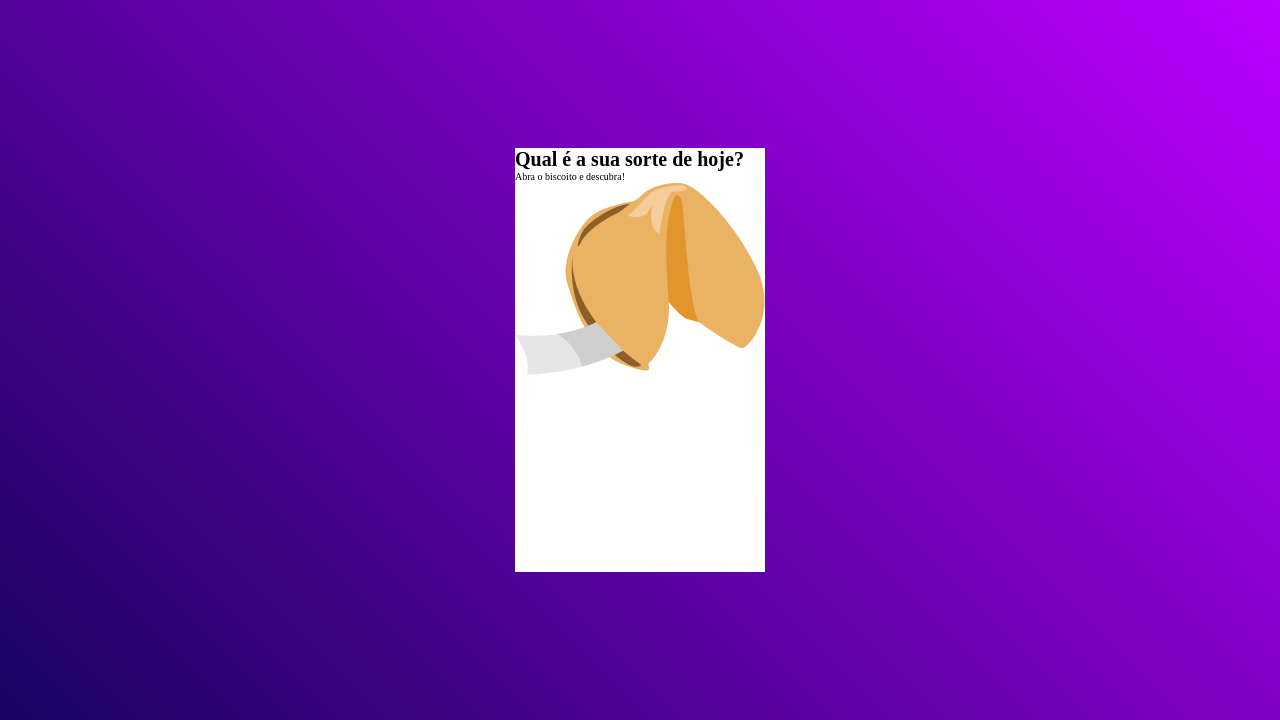
Repository: caueenrico/cookieCoach
Page: index.html
These files come from the project's save history. The page is drawn as it stood at one moment and after the next save; the edit follows.
The browser window is 1280 px wide. The pictures show the whole page.

Above is the page before, as saved 2023-06-27 16:05:27.

### index.html
<!DOCTYPE html>
<html lang="en">
  <head>
    <meta charset="UTF-8" />
    <meta name="viewport" content="width=device-width, initial-scale=1.0" />
    <link rel="preconnect" href="https://fonts.googleapis.com" />
    <link rel="preconnect" href="https://fonts.gstatic.com" crossorigin />
    <link
      href="https://fonts.googleapis.com/css2?family=DM+Sans&family=Dancing+Script&family=Montserrat:wght@700&display=swap"
      rel="stylesheet"
    />
    <link rel="stylesheet" href="style.css" />
    <title>biscoito da sorte</title>
  </head>
  <body>
    <main>
      <h1>Qual é a sua sorte de hoje?</h1>
      <p>Abra o biscoito e descubra!</p>
      <img src="/biscoitoClose.png" alt="">
    </main>
  </body>
</html>

### style.css
*{
  margin: 0;
  padding: 0;
  box-sizing: border-box;
}

:root{
  font-size: 62.5%;

  --fs-heading: 2.4rem;
  --ff-heading: 'Montserrat', sans-serif;

  --fs-subt: 1.5rem;
  --ff-subt: 'DM Sans',sans-serif;
}

body{
  height: 100vh;
  width: 100vw;
  display: flex;
  flex-direction: column;
  justify-content: center;


  background: linear-gradient(45deg, #190361 0%, #B0F 100%);}

main {
  margin: 0 auto;
  padding: ;
  background-color: #fff;
  max-width: 42.8rem;
  min-height: 42.4rem;

}

After the next save:
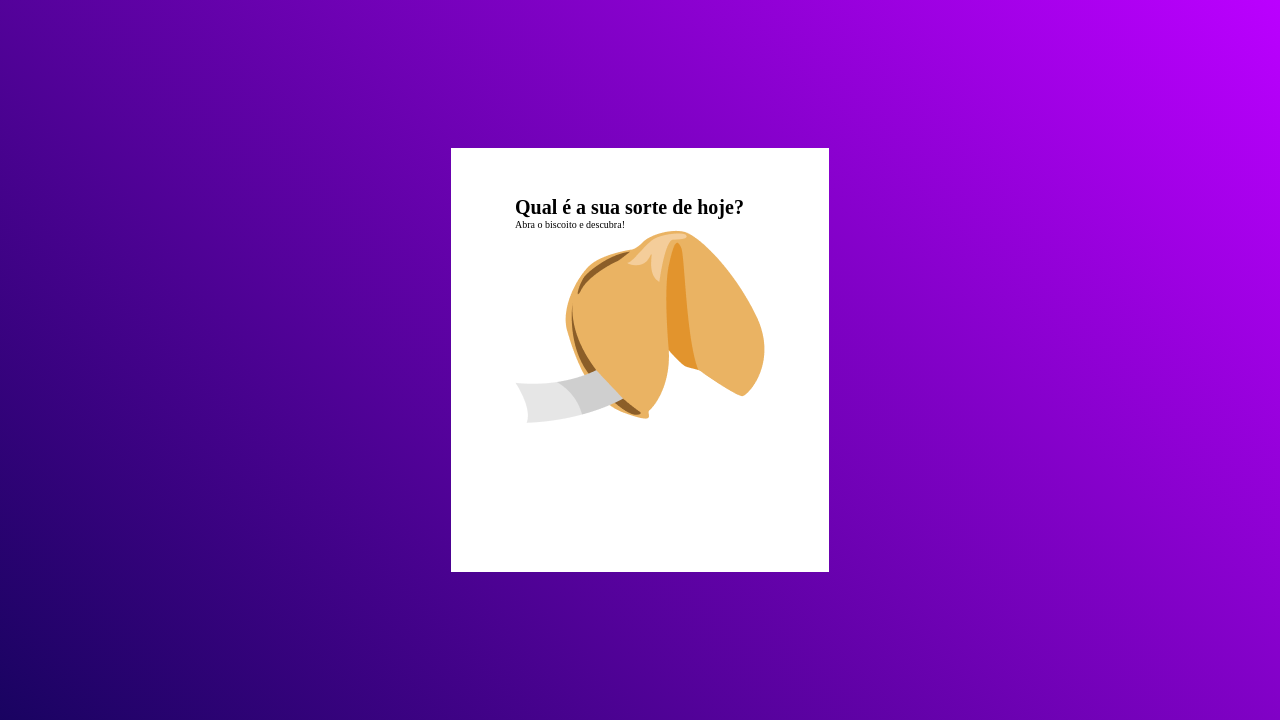
Saved 24 s later.
--- a/style.css
+++ b/style.css
@@ -26,7 +26,7 @@ body{
 
 main {
   margin: 0 auto;
-  padding: ;
+  padding: 4.8rem 6.4rem;
   background-color: #fff;
   max-width: 42.8rem;
   min-height: 42.4rem;
